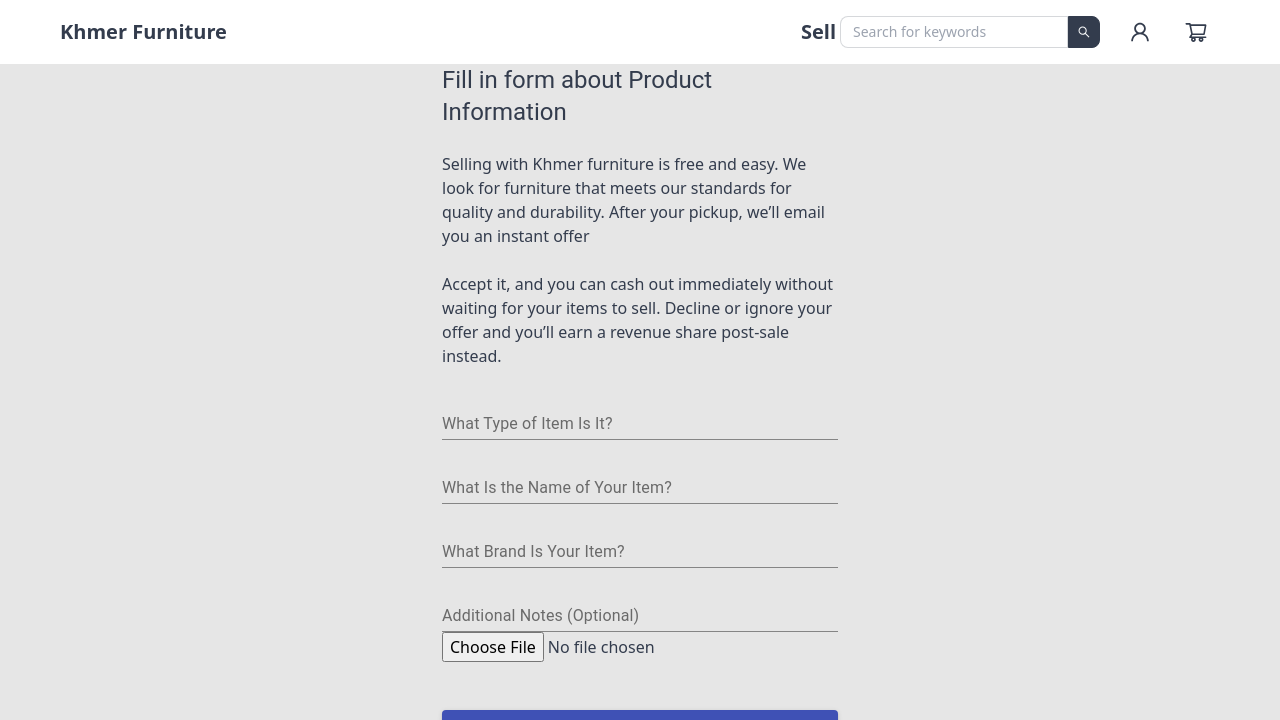
Repository: PlayerNguyen/dotot-shop
Page: /sell (app in client/)
The author's editor kept a copy of each file at every save. The page is drawn from the files as they stood at one save, then again after the next save.
The browser window is 1280 px wide. The pictures show the whole page.
An inner scrolling area shows only its first screen. The project was rebuilt for these pictures with package versions that can differ from the ones it lists, and the page was loaded fresh each time. Also part of the build but not shown: client/src/components/NoMatch/NoMatch.jsx, client/src/components/Sell/UserDetails.js, client/src/components/Sell/Confirmation.js, client/src/components/Sell/Success.js.

Above is the page before, as saved 2022-12-08 13:11:21.

After the next save:
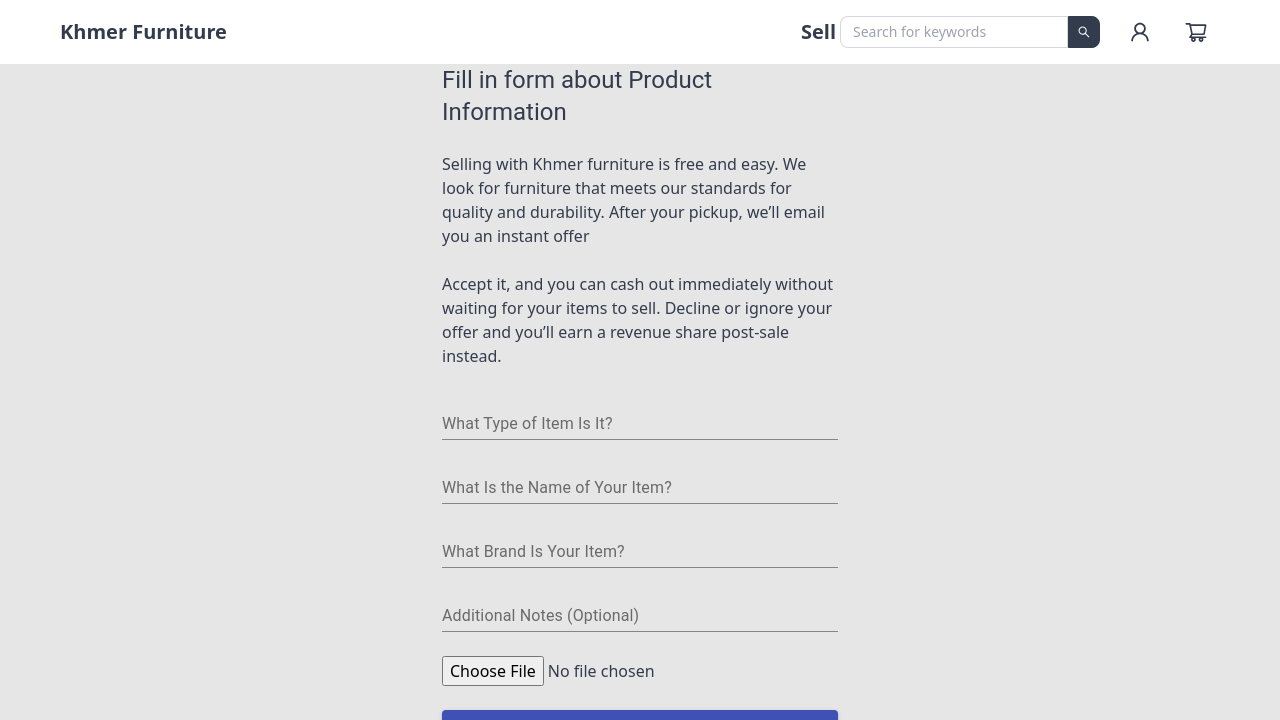
Saved 12 s later.
--- a/client/src/components/Sell/ProductDetails.js
+++ b/client/src/components/Sell/ProductDetails.js
@@ -91,11 +91,12 @@ const ProductDetails = ({ nextStep, handleChange, values }) => {
                 />
               </Grid>
             </Grid>
+            <br />
             <form onSubmit={handleSubmit(onSubmit)}>
                 <input type="file" {...register("file")} />
             </form>
             <br />
-            <br />
+
             <Button
               onClick={ Continue }
               type="submit"
